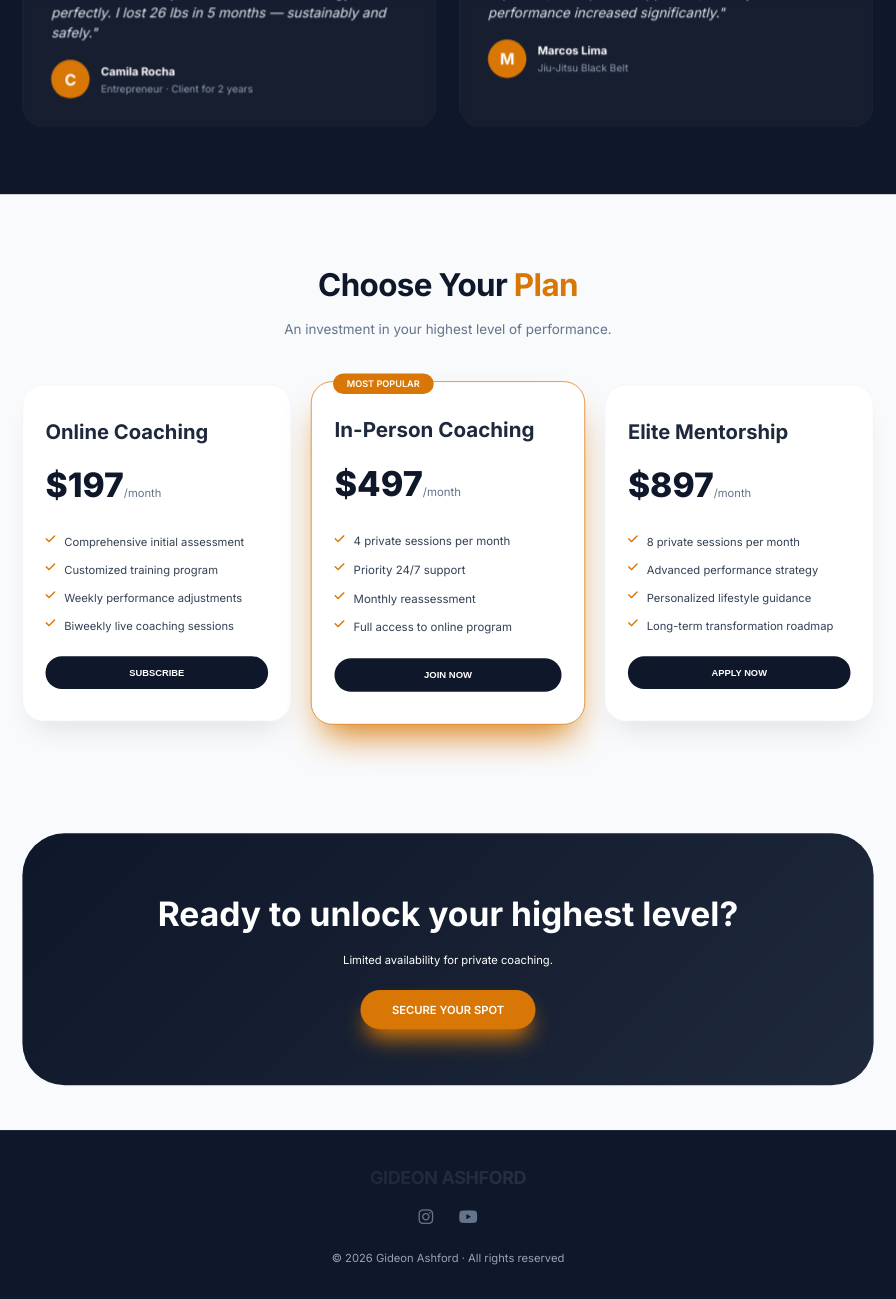
Repository: davidfsillva/Alex-Personal
Page: index.html
These files come from the project's save history. The page is drawn as it stood at one moment and after a run of saves; the edit follows.
The browser window is 1280 px wide. The pictures show the part of the page from y = 2739 to 4659 px (the page is 4595 px tall before and 4659 px after), at 70% of full size.

Above is the page before, as saved 2026-02-18 21:38:58.
Not found: script.js

After the next 2 saves:
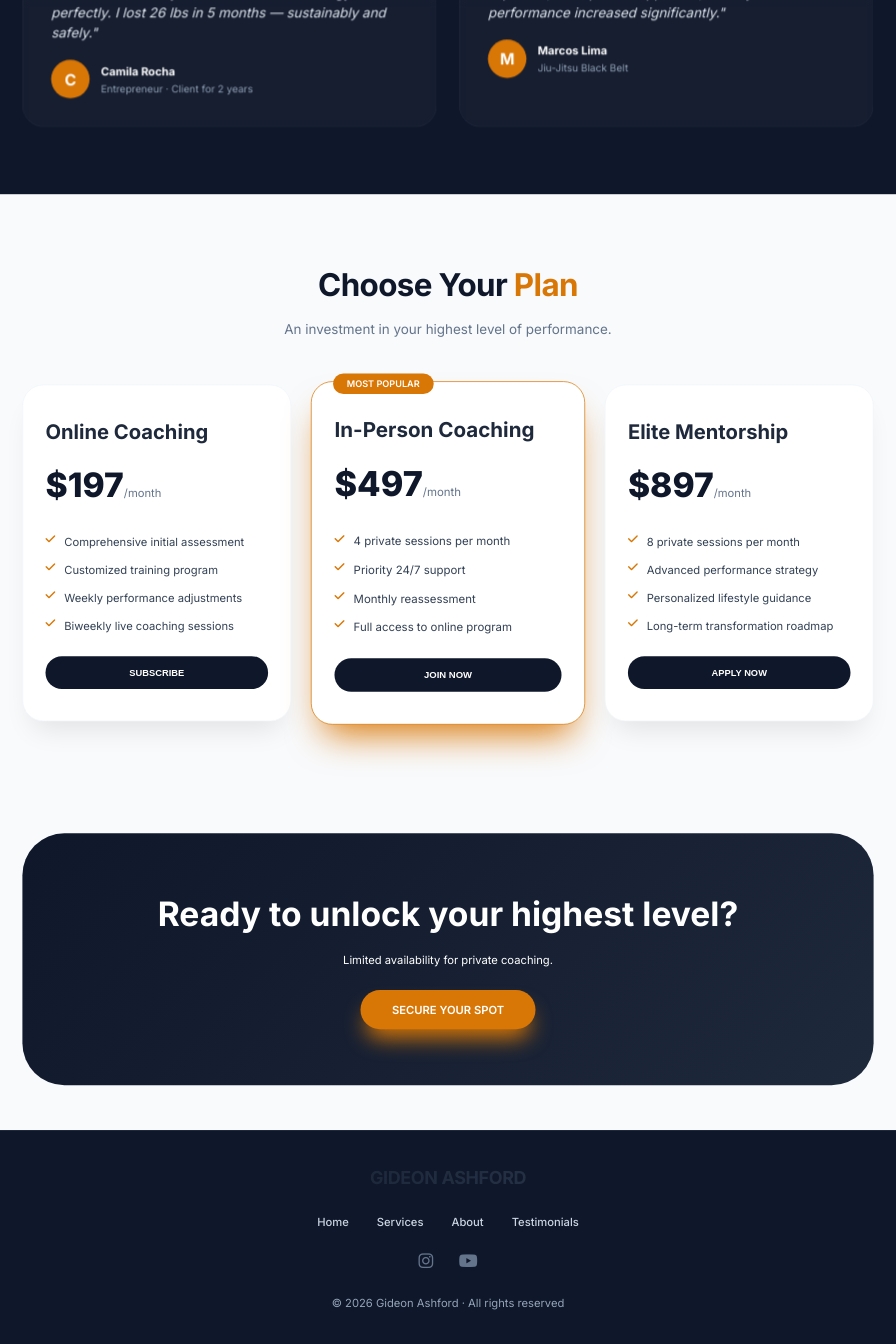
The 2 saves are shown as one change because they came seconds apart.
The last was saved 27 s later.
--- a/index.html
+++ b/index.html
@@ -272,7 +272,12 @@
         GIDEON <span style="color:#d97706;">ASHFORD</span>
     </div>
 
-
+    <div class="footer-links">
+        <a href="#home">Home</a>
+        <a href="#services">Services</a>
+        <a href="#about">About</a>
+        <a href="#testimonials">Testimonials</a>
+    </div>
 
     <div class="social">
         <i class="fab fa-instagram"></i>
